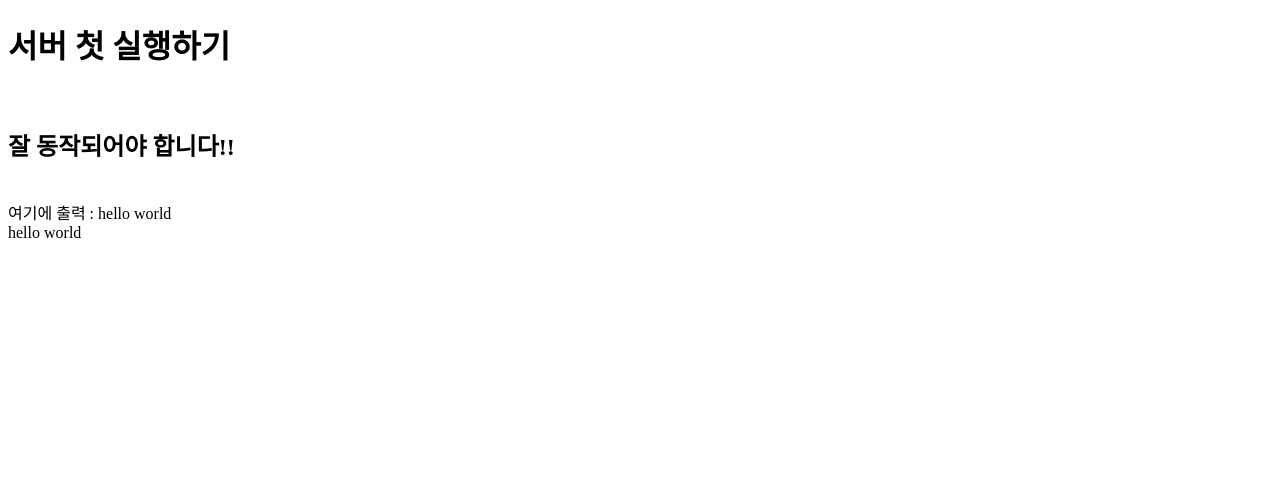
Repository: hsaar/jsworkplace
Page: http://localhost/testjsp/test00.jsp
The author's editor kept a copy of each file at every save. The page is drawn from the files as they stood at one save, then again after the next save.
The browser window is 1280 px wide. The pictures show the whole page.
The page is served by Tomcat 9.

Above is the page before, as saved 2025-08-19 02:02:45.

### testjsp/src/main/webapp/test00.jsp
<%@ page language="java" contentType="text/html; charset=EUC-KR"
    pageEncoding="EUC-KR"%>
<%
	String str = "hello world";
	String str2 = "<h1>서버 첫 실행하기</h1><br>"+
			"<h2>잘 동작되어야 합니다!!</h2><br>"+
			"여기에 출력 : ";
%>
<!DOCTYPE html>
<html>
<title>test00</title>
<head>
<meta charset="EUC-KR">
<title>Insert title here</title>
</head>
<body>

	<h1>서버 첫 실행하기</h1><br>
	<h2>잘 동작되어야 합니다!!</h2><br>
	여기에 출력 : <%=str %><br>
	<% out.println(str); %>


</body>
</html>

After the next save:
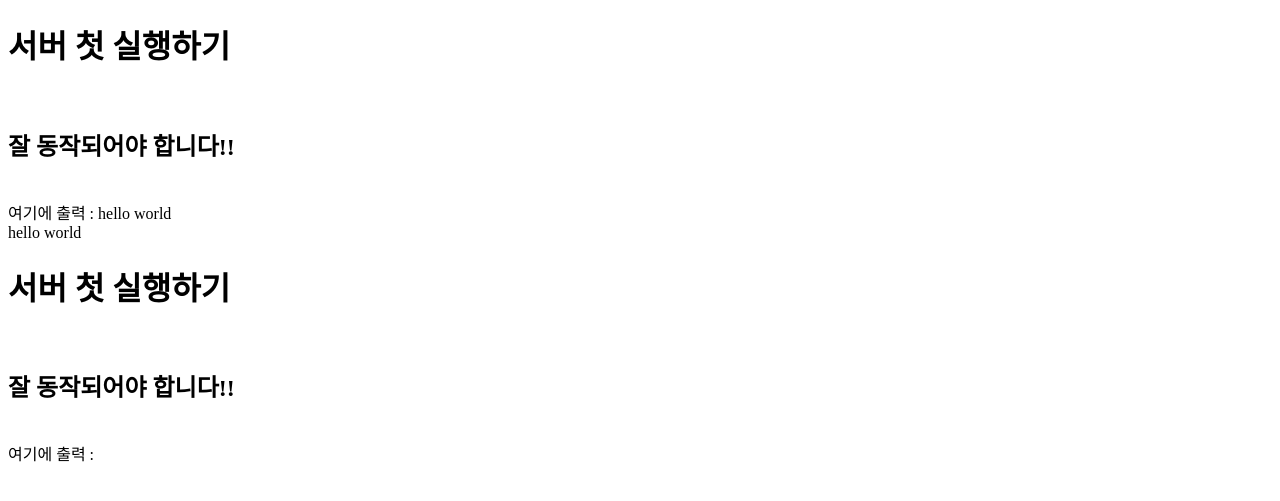
Saved 20 s later.
--- a/testjsp/src/main/webapp/test00.jsp
+++ b/testjsp/src/main/webapp/test00.jsp
@@ -20,6 +20,8 @@
 	여기에 출력 : <%=str %><br>
 	<% out.println(str); %>
 
+	<%=str2 %>
+
 
 </body>
 </html>
